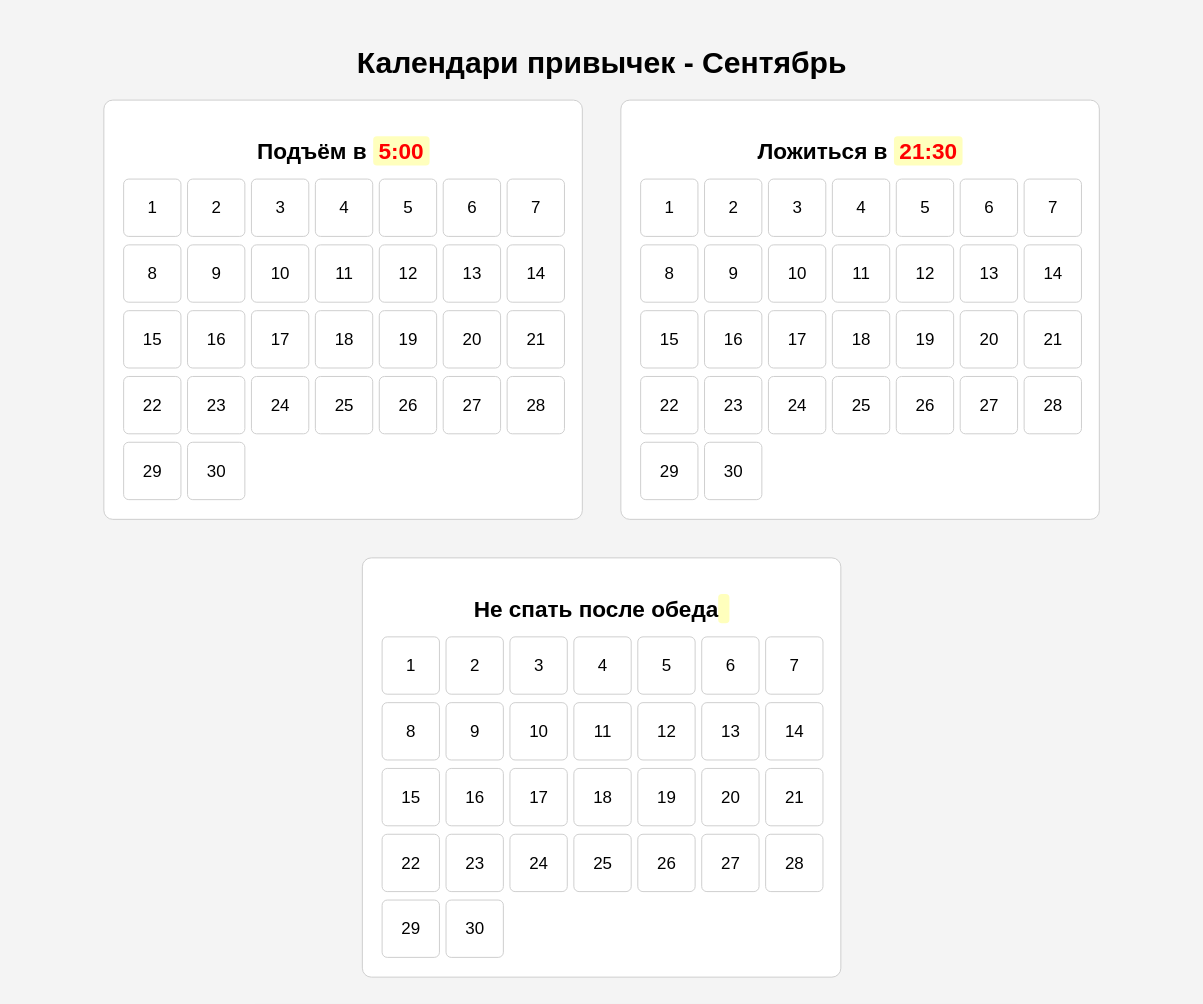
Repository: Pavel1776/doublecalendar
Page: index.html
These files come from the project's save history. The page is drawn as it stood at one moment and after the next save; the edit follows.
The browser window is 1280 px wide. The pictures show the whole page, at 94% of full size.

Above is the page before, as saved 2025-09-18 03:45:46.

### index.html
<!DOCTYPE html>
<html lang="ru">

<head>
  <meta charset="UTF-8" />
  <meta name="viewport" content="width=device-width, initial-scale=1.0" />
  <link href="style.css" rel="stylesheet" />
  <title>Календари привычек</title>
</head>

<body>

  <h1>Календари привычек - Сентябрь</h1>

  <div class="calendars-container">
    <!-- Первый календарь -->
    <div class="calendar">
      <h2>Подъём в <span class="highlight">5:00</span></h2>
      <div class="calendar-grid" id="calendar1"></div>
    </div>

    <!-- Второй календарь -->
    <div class="calendar">
      <h2>Ложиться в <span class="highlight">21:30</span></h2>
      <div class="calendar-grid" id="calendar2"></div>
    </div>
    <!-- Третий календарь -->
    <div class="calendar">
      <h2>Не спать после обеда <span class="highlight"></span></h2>
      <div class="calendar-grid" id="calendar3"></div>
    </div>
  </div>


  <script src="script.js"></script>
</body>

</html>

### style.css
body {
  font-family: Arial, sans-serif;
  background: #f4f4f4;
  display: flex;
  flex-direction: column;
  align-items: center;
  padding: 20px;
}

h1 {
  margin-bottom: 20px;
}

.calendars-container {
  display: flex;
  justify-content: center;
  gap: 40px;         /* расстояние между календарями */
  flex-wrap: wrap;    /* перенос, если не помещаются */
}

.calendar {
  background: #fff;
  border: 1px solid #ccc;
  border-radius: 10px;
  padding: 20px;
  text-align: center;
  min-width: 460px;
}

.calendar h2 {
  margin-bottom: 15px;
}

.calendar-grid {
  display: grid;
  grid-template-columns: repeat(7, 60px);
  gap: 8px;
}

.day {
  width: 60px;
  height: 60px;
  display: flex;
  align-items: center;
  justify-content: center;
  background: white;
  border: 1px solid #ccc;
  font-size: 18px;
  cursor: pointer;
  position: relative;
  user-select: none;
  border-radius: 6px;
}

/* ✔ зелёная галочка с прозрачным фоном */
.day.success::after {
  content: "✔";
  color: white;
  background-color: rgba(0, 200, 0, 0.6);
  border-radius: 50%;
  width: 60px;
  height: 60px;
  display: flex;
  align-items: center;
  justify-content: center;
  font-size: 30px;
  position: absolute;
  top: 0;
  left: 0;
  pointer-events: none;
  font-family: Arial, sans-serif;
}

/* ✖ красный крестик с прозрачным фоном
.day.fail::after {
  content: "✖";
  color: white;
  background-color: rgba(255, 0, 0, 0.6);
  border-radius: 50%;
  width: 60px;
  height: 60px;
  display: flex;
  align-items: center;
  justify-content: center;
  font-size: 30px;
  position: absolute;
  top: 0;
  left: 0;
  pointer-events: none;
  font-family: Arial, sans-serif;
} */
 /* ✖ красный прозрачный крестик поверх числа */
.day.fail::after {
  content: "✖";
  color: rgba(255, 0, 0, 0.6); /* красный полупрозрачный текст */
  font-size: 40px;
  position: absolute;
  top: 50%;
  left: 50%;
  transform: translate(-50%, -50%);
  pointer-events: none;
  font-family: Arial, sans-serif;
}


.highlight {
  font-weight: bold;
  color: red;
  background-color: rgba(255, 255, 0, 0.26);
  padding: 2px 6px;
  border-radius: 4px;
}

### script.js
const daysInSeptember = 30;

/**
 * Рисует календарь в контейнере containerId.
 * Каждый день хранит статус в localStorage под ключом storageKey:
 * объект { "1": "success", "2": "fail", ... }
 */
function renderCalendar(containerId, storageKey) {
  const calendar = document.getElementById(containerId);
  if (!calendar) return;

  // Загружаем статус (объект)
  let dayStatus = JSON.parse(localStorage.getItem(storageKey)) || {};

  // Отрисовываем дни
  for (let i = 1; i <= daysInSeptember; i++) {
    const day = document.createElement("div");
    day.classList.add("day");
    day.textContent = i;

    // Восстановить статус (если есть)
    if (dayStatus[i] === "success") day.classList.add("success");
    if (dayStatus[i] === "fail") day.classList.add("fail");

    // Клик: пусто -> success -> fail -> пусто
    day.addEventListener("click", () => {
      if (day.classList.contains("success")) {
        day.classList.remove("success");
        day.classList.add("fail");
        dayStatus[i] = "fail";
      } else if (day.classList.contains("fail")) {
        day.classList.remove("fail");
        delete dayStatus[i];
      } else {
        day.classList.add("success");
        dayStatus[i] = "success";
      }

      // Сохраняем обновлённый объект в localStorage
      localStorage.setItem(storageKey, JSON.stringify(dayStatus));
    });

    calendar.appendChild(day);
  }
}

// Отрисовать оба календаря (разные ключи в localStorage)
renderCalendar("calendar1", "morningStatus");
renderCalendar("calendar2", "bedtimeStatus");
renderCalendar("calendar3", "bedtimeStatus");

After the next save:
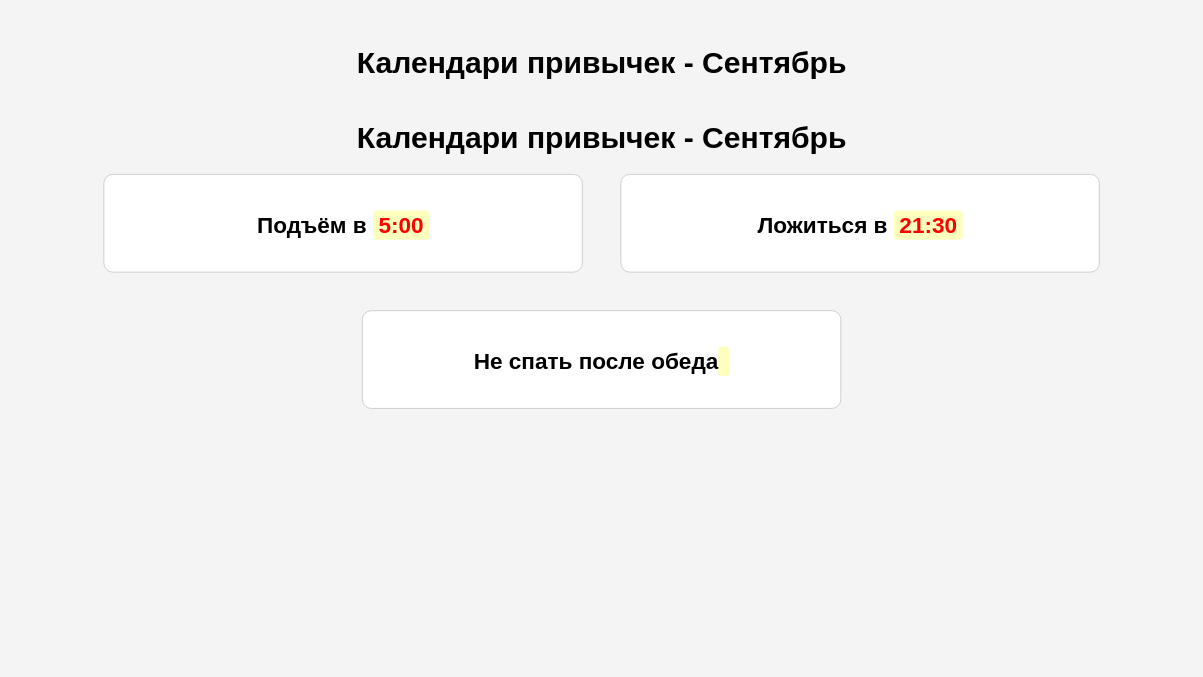
Console error: SyntaxError: Identifier 'daysInSeptember' has already been declared
Saved 31 min 11 s later.
--- a/index.html
+++ b/index.html
@@ -1,3 +1,22 @@
+<!DOCTYPE html>
+<html lang="ru">
+
+<head>
+  <meta charset="UTF-8" />
+  <meta name="viewport" content="width=device-width, initial-scale=1.0" />
+  <title>Календари привычек</title>
+  <link href="style.css" rel="stylesheet" />
+</head>
+
+<body>
+  <h1>Календари привычек - Сентябрь</h1>
+
+  <div class="calendars-container" id="calendars"></div>
+
+  <script src="script.js"></script>
+</body>
+
+</html>
 <!DOCTYPE html>
 <html lang="ru">
 
